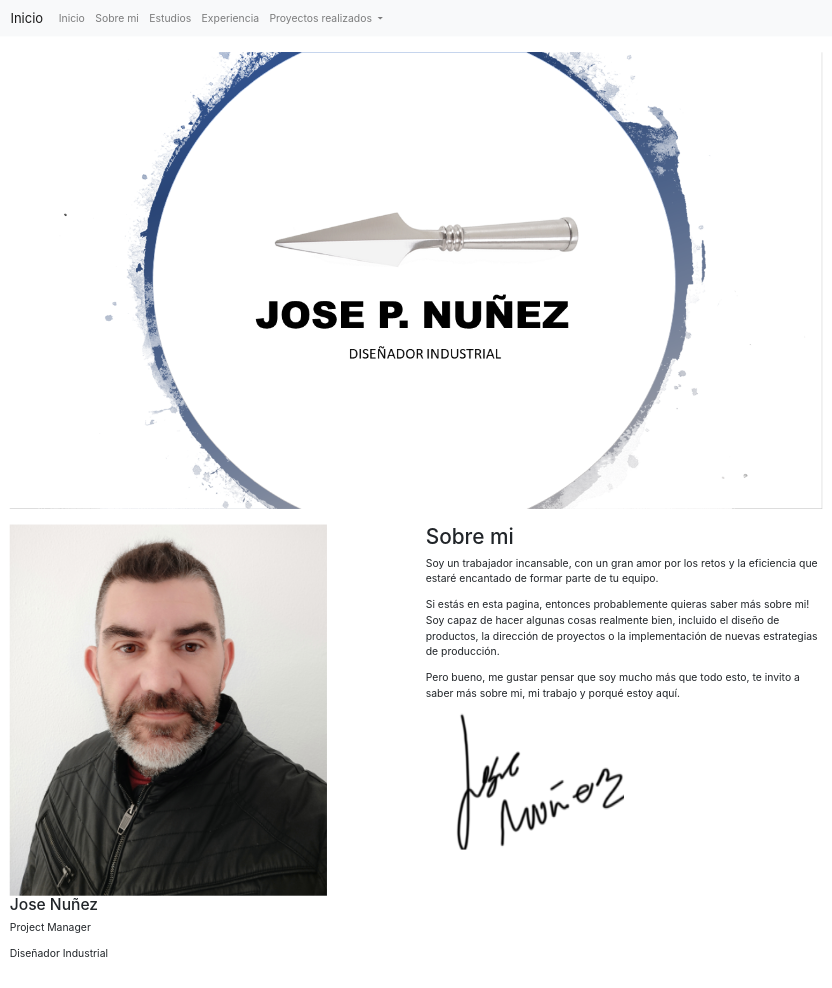
Repository: Hrotgarion1/jose
Page: index.html
An editor plug-in stored every save of this project. The page is shown before and after the next save, followed by the edit.
The browser window is 1280 px wide. The pictures show the whole page, at 65% of full size.

Above is the page before, as saved 2020-09-29 19:04:37.

After the next save:
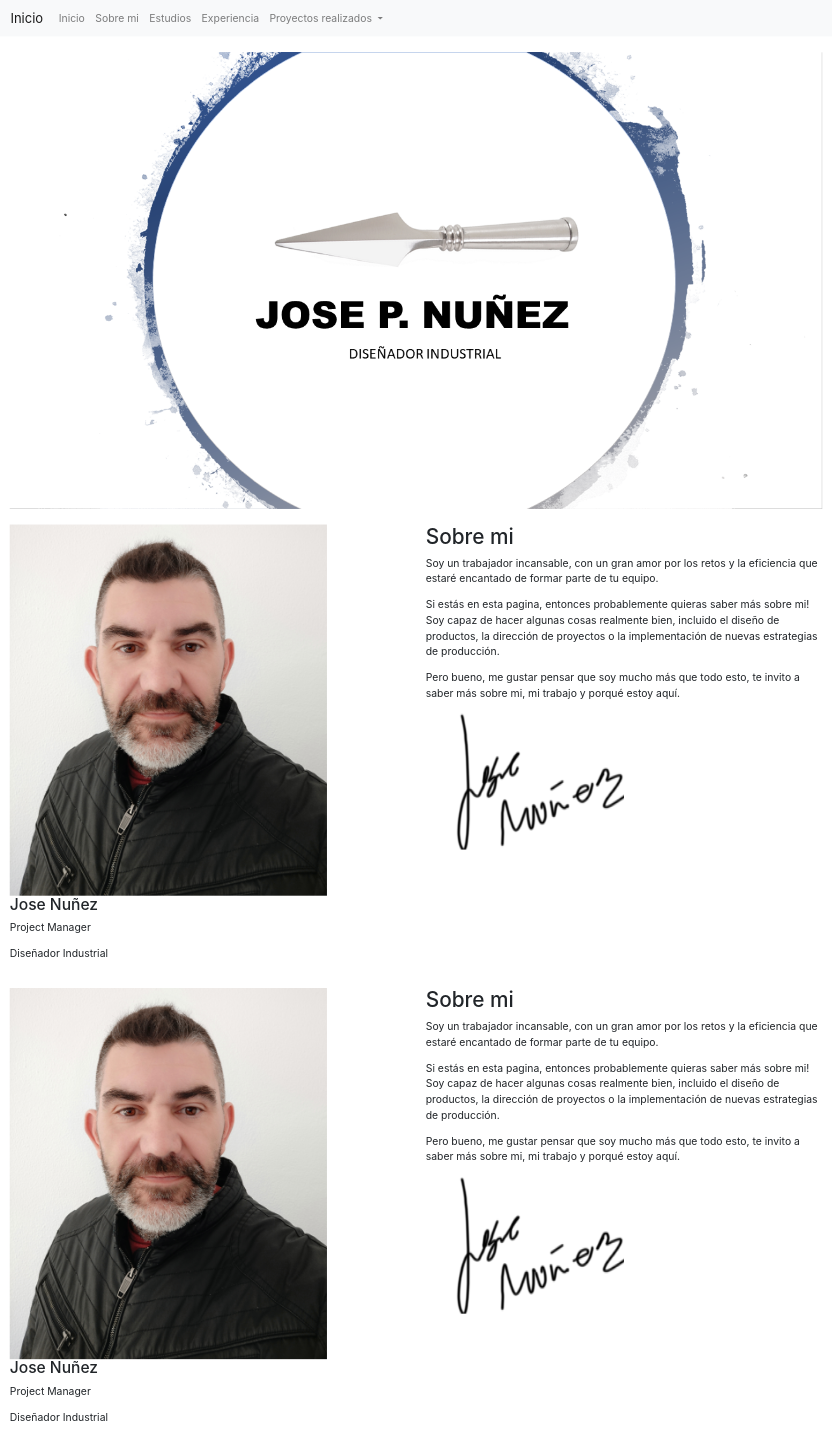
Saved 3 min 35 s later.
--- a/index.html
+++ b/index.html
@@ -26,7 +26,7 @@
               <a class="nav-link" href="#sobre">Sobre mi <span class="sr-only">(current)</span></a>
             </li>
             <li class="nav-item">
-              <a class="nav-link" href="#">Estudios</a>
+              <a class="nav-link" href="#cv">Estudios</a>
             </li>
             <li class="nav-item">
               <a class="nav-link" href="#">Experiencia</a>
@@ -80,6 +80,28 @@
        </aside>
         </section>
 
+        <!--Seccion en la que pongo unas listas con mis capacidades y mis estudios-->
+
+        <section class="main row" id="sobre">
+          <article class="col-xs-12 col-sm-8 col-md-6 col-lg-6">
+              <img src="img/Jose1peque.png" width="80%" height="80%">
+              <br>
+              <h4 class="t-name">Jose Nuñez</h4>
+              <p><span class="t-role">Project Manager</span></p>
+              <p><span class="t-role">Diseñador Industrial</span></p>
+
+          </article>
+          <br>
+
+         <aside class="col-xs-12 col-sm-4 col-md-6 col-lg-6">
+          <h2 class="t1-heading">Sobre mi</h2>
+                <p>Soy un trabajador incansable, con un gran amor por los retos y la eficiencia que estaré encantado de formar parte de tu equipo.</p>
+                <p>Si estás en esta pagina, entonces probablemente quieras saber más sobre mi! Soy capaz de hacer algunas cosas realmente bien, incluido el diseño de productos, la dirección de proyectos o la implementación de nuevas estrategias de producción.</p>
+                <p>Pero bueno, me gustar pensar que soy mucho más que todo esto, te invito a saber más sobre mi, mi trabajo y porqué estoy aquí.</p>
+                <img src="img/firmajose.png" width="50%" height="30%"alt="J.Nuñez">
+       </aside>
+        </section>
+
 
 
       </div>
